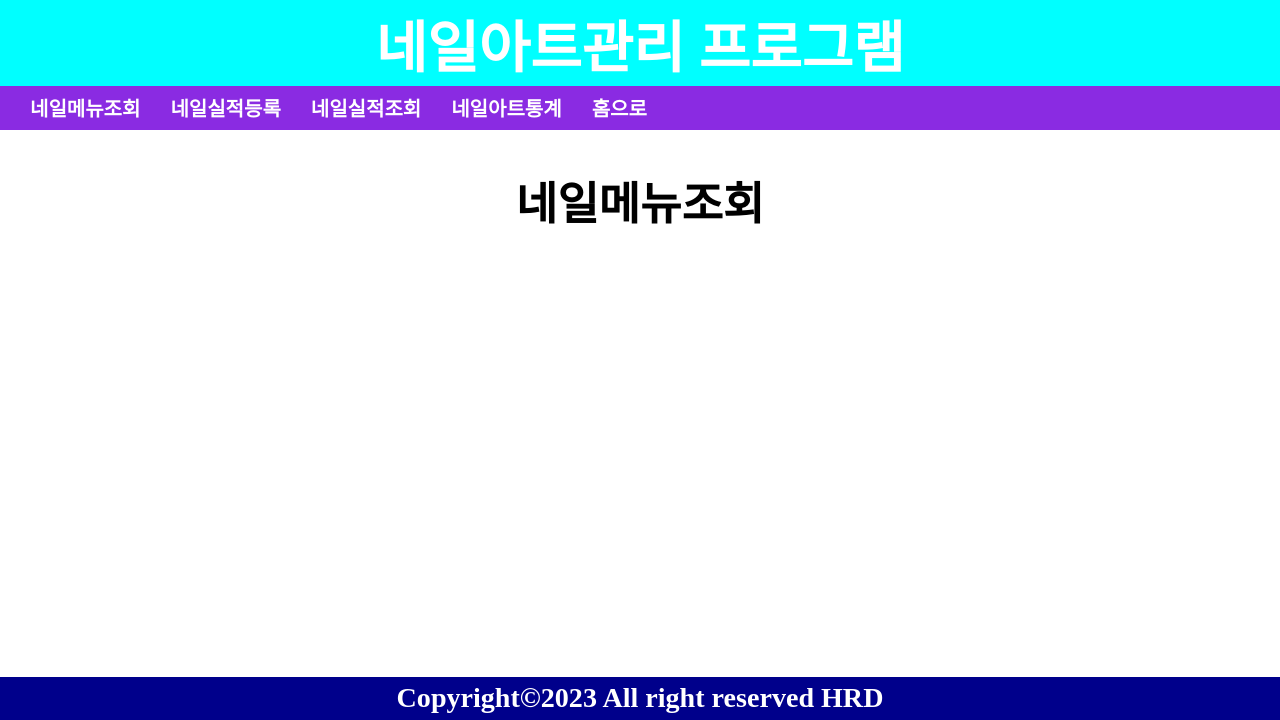
Repository: balhyo-younjisang/DigitechJSP
Page: http://localhost/NailArt/menu.jsp
The author's editor kept a copy of each file at every save. The page is drawn from the files as they stood at one save, then again after the next save.
The browser window is 1280 px wide. The pictures show the whole page.
The page is served by Tomcat 9. Queries for data that is not in the repository find no rows.

Above is the page before, as saved 2025-04-14 08:42:11.

### pizza0403/NailArt/src/main/webapp/menu.jsp
<%@page import="java.sql.ResultSet"%>
<%@page import="java.sql.PreparedStatement"%>
<%@page import="nailart.DBConnection"%>
<%@page import="java.sql.Connection"%>
<%@ page language="java" contentType="text/html; charset=UTF-8"
    pageEncoding="UTF-8"%>
<%
	Connection conn = DBConnection.getConnection();
	String sql = "select menucode, menuname, case when menutype = 'N' then '네일' when menutype = 'P' then '패디' when menutype = 'E' then '기타' end menutype, TRIM(TO_CHAR(price, 'L999,999,999')) price from tbl_menu";
	PreparedStatement pstmt = conn.prepareStatement(sql);
	ResultSet rs = pstmt.executeQuery();
%>
<!DOCTYPE html>
<html>
<head>
<meta charset="UTF-8">
<title>네일아트 관리 프로그램</title>
<link rel="stylesheet" href="./css/style.css">
</head>
<body>
	<%@ include file="./component/header.jsp" %>
	<main>
		<section class="title">
			<h2 style="text-align: center">네일메뉴조회</h2>
		</section>
		<section class="content">

		</section>
	</main>
	<%@ include file="./component/footer.jsp" %>
</body>
<%
	DBConnection.close(rs, pstmt, conn);
%>
</html>

### pizza0403/NailArt/src/main/webapp/component/header.jsp
<%@ page language="java" contentType="text/html; charset=UTF-8"
    pageEncoding="UTF-8"%>
<header>
	<div>
		<h1>네일아트관리 프로그램</h1>
	</div>
	<nav>
		<ul class="gnb">
			<li><a href="menu.jsp">네일메뉴조회</a></li>
			<li><a href="register.jsp">네일실적등록</a></li>
			<li><a href="price.jsp">네일실적조회</a></li>
			<li><a href="data.jsp">네일아트통계</a></li>
			<li><a href="index.jsp">홈으로</a></li>
		</ul>
	</nav>
</header>

### pizza0403/NailArt/src/main/webapp/component/footer.jsp
<%@ page language="java" contentType="text/html; charset=UTF-8"
    pageEncoding="UTF-8"%>
<footer>
	<h3>Copyright&copy;2023 All right reserved HRD</h3>
</footer>

### pizza0403/NailArt/src/main/java/nailart/DBConnection.java
package nailart;

import java.sql.Connection;
import java.sql.DriverManager;
import java.sql.PreparedStatement;
import java.sql.ResultSet;

public class DBConnection {
	public static Connection getConnection() {
		Connection conn = null;

		try {
			Class.forName("oracle.jdbc.OracleDriver");
			conn = DriverManager.getConnection("jdbc:oracle:thin:@localhost:1521:xe", "system", "1234");
		} catch (Exception e) {
			e.printStackTrace();
			System.out.println("DB Connection Failed :: " + e.getLocalizedMessage());
		}

		return conn;
	}

	public static void close(ResultSet rs, PreparedStatement pstmt, Connection conn) {
		try {
			if(rs != null) rs.close();
			if(pstmt != null) pstmt.close();
			if(conn != null) conn.close();
		} catch (Exception e) {
			e.printStackTrace();
			System.out.println("DB Connection close Failed :: " + e.getLocalizedMessage());
		}
	}

	public static void close(PreparedStatement pstmt, Connection conn) {
		try {
			if(pstmt != null) pstmt.close();
			if(conn != null) conn.close();
		} catch (Exception e) {
			e.printStackTrace();
			System.out.println("DB Connection close Failed :: " + e.getLocalizedMessage());
		}
	}
}

### pizza0403/NailArt/src/main/webapp/css/style.css
@charset "UTF-8";

* {
	margin: 0;
	padding: 0;
	box-sizing: border-box;
}

a {
	text-decoration: none;
	color: inherit;
}

ul, li {
	list-style: none;
}

header {
	width: 100vw;
	height: 18vh;
}

header div {
	width: 100%;
	height: 12vh;
	display: flex;
	align-items: center;
	justify-content: center;
	font-size: 28px;
	font-weight: bold;
	color: white;
	background-color: aqua;
}

header .gnb {
	display: flex;
	height: 6vh;
	width: 100vw;
	padding-left: 30px;
	gap: 30px;
	align-items: center;
	font-size: 20px;
	background-color: blueviolet;
	font-weight: bold;
	color: white;
}

footer {
	position: fixed;
	bottom: 0;
	left: 0;
	width: 100vw;
	height: 6vh;
	background-color: darkblue;
	color: white;
	display: flex;
	align-items: center;
	justify-content: center;
	font-size: 24px;
}

main .title {
	line-height: 150px;
	font-size: 30px;
}

main .content p {
	line-height: 30px;
}

After the next save:
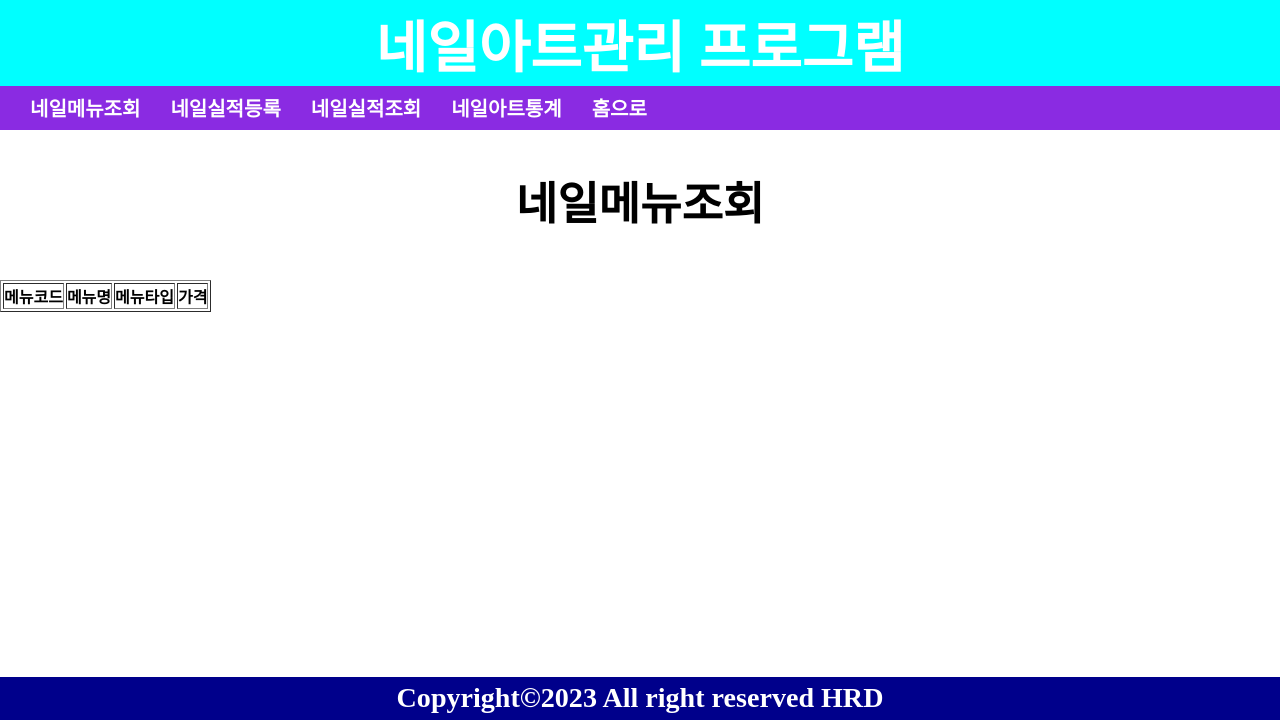
Saved 37 s later.
--- a/pizza0403/NailArt/src/main/webapp/menu.jsp
+++ b/pizza0403/NailArt/src/main/webapp/menu.jsp
@@ -24,7 +24,22 @@
 			<h2 style="text-align: center">네일메뉴조회</h2>
 		</section>
 		<section class="content">
-
+			<form>
+				<table border="1">
+					<tr>
+						<th>메뉴코드</th>
+						<th>메뉴명</th>
+						<th>메뉴타입</th>
+						<th>가격</th>
+					</tr>
+					<%
+						while(rs.next()) {
+					%>
+					<%
+					}
+					%>
+				</table>
+			</form>
 		</section>
 	</main>
 	<%@ include file="./component/footer.jsp" %>
